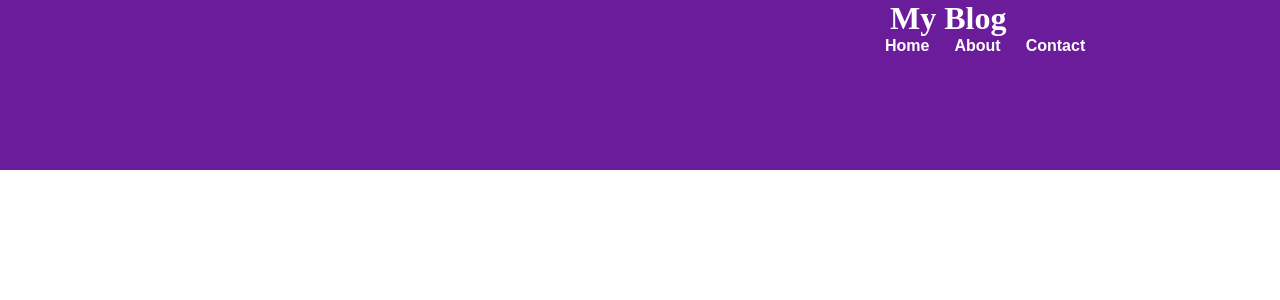
Repository: Femi007-gh/BLOG
Page: index.html
The author's editor kept a copy of each file at every save. The page is drawn from the files as they stood at one save, then again after the next save.
The browser window is 1280 px wide. The pictures show the whole page.

Above is the page before, as saved 2025-01-08 07:09:49.

After the next save:
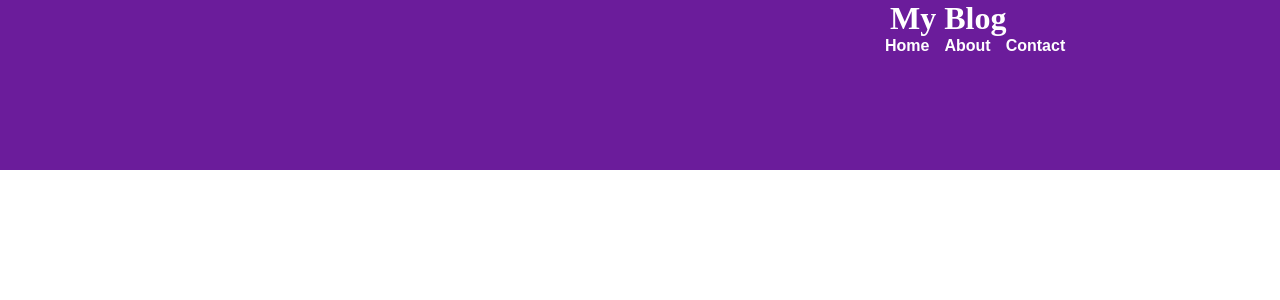
Saved 4 s later.
--- a/style.css
+++ b/style.css
@@ -32,7 +32,7 @@ nav ul {
   font-weight: bold;
   margin-left: 885px;
   justify-content: space-evenly;
-  margin-right: -860px;
+  margin-right: -870px;
 }
 
 li a{
